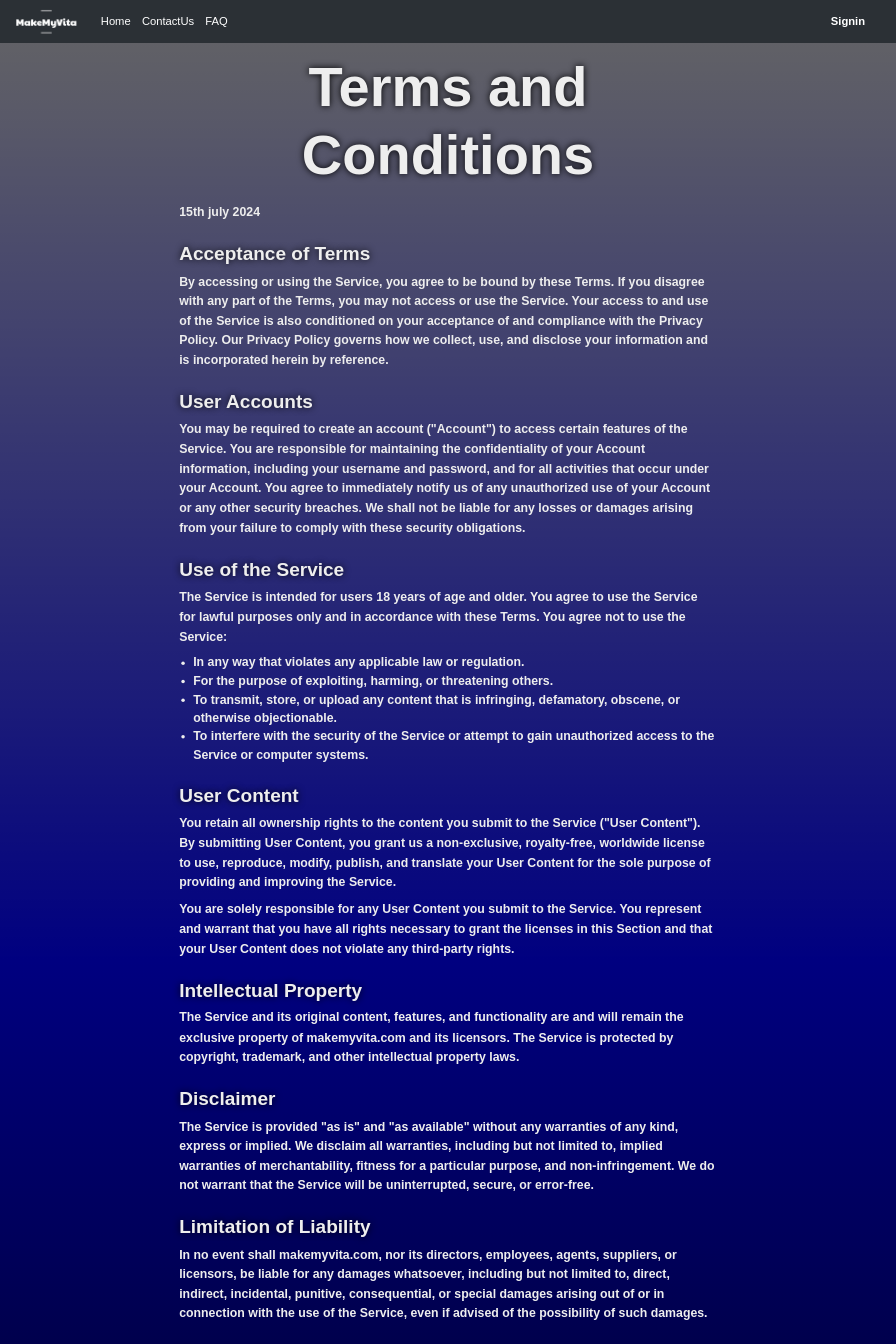
Repository: Tejaakshaykumar/MakeMyVita-Resume-Builder-Website
Page: /T&C (app in frontend/)
These files come from the project's save history. The page is drawn as it stood at one moment and after a run of saves; the edit follows.
The browser window is 1280 px wide. The pictures show the part of the page from y = 0 to 1920 px (the page is 2936 px tall), at 70% of full size.
Some web libraries are served in a nearby version. The project was rebuilt for these pictures with package versions that can differ from the ones it lists, and the page was loaded fresh each time. Also part of the build but not shown: frontend/src/App.css, frontend/src/containers/About.js, frontend/src/containers/Buildresume.js, frontend/src/containers/Images.js, frontend/src/containers/Features.js, frontend/src/containers/Review.js, frontend/src/containers/Trybox.js, frontend/src/containers/Motionbox.js and 5 more.

Above is the page before, as saved 2024-06-10 11:54:01.

After the next 2 saves:
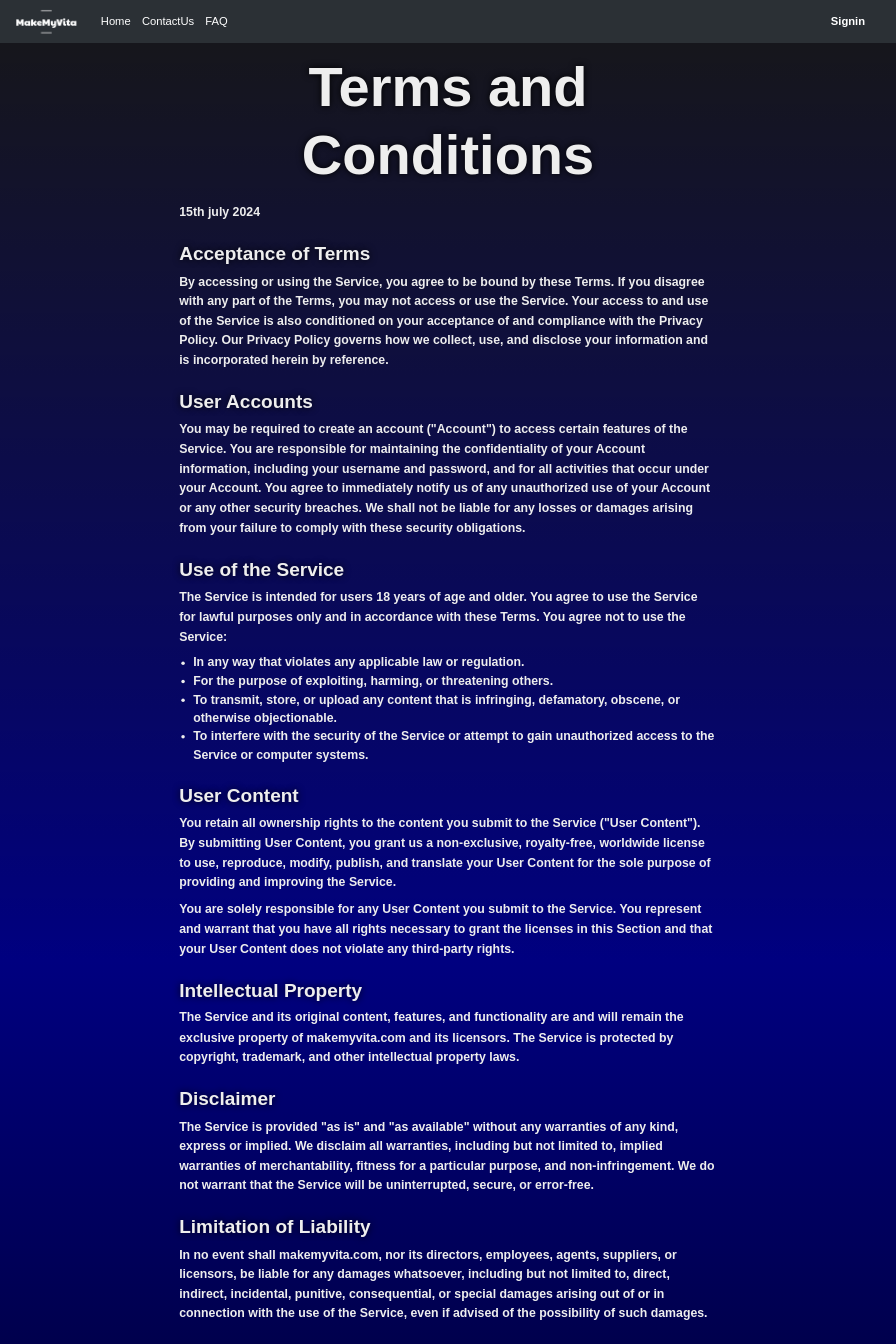
The 2 saves are shown as one change because they came seconds apart.
The last was saved 8 s later.
--- a/frontend/src/pages/pagestyles.css
+++ b/frontend/src/pages/pagestyles.css
@@ -5,7 +5,7 @@
     /* margin: 0 auto; */
     padding: 6% 20%;
     font-family: Arial, sans-serif;
-    background: linear-gradient(to top,rgb(0, 0, 0),navy,rgba(0, 0, 0, 0.603));
+    background: linear-gradient(to top,rgb(0, 0, 0),navy,rgba(0, 0, 0, 0.911));
     /* color: #333; */
     color:#eee;
     /* margin-top: 7%; */
